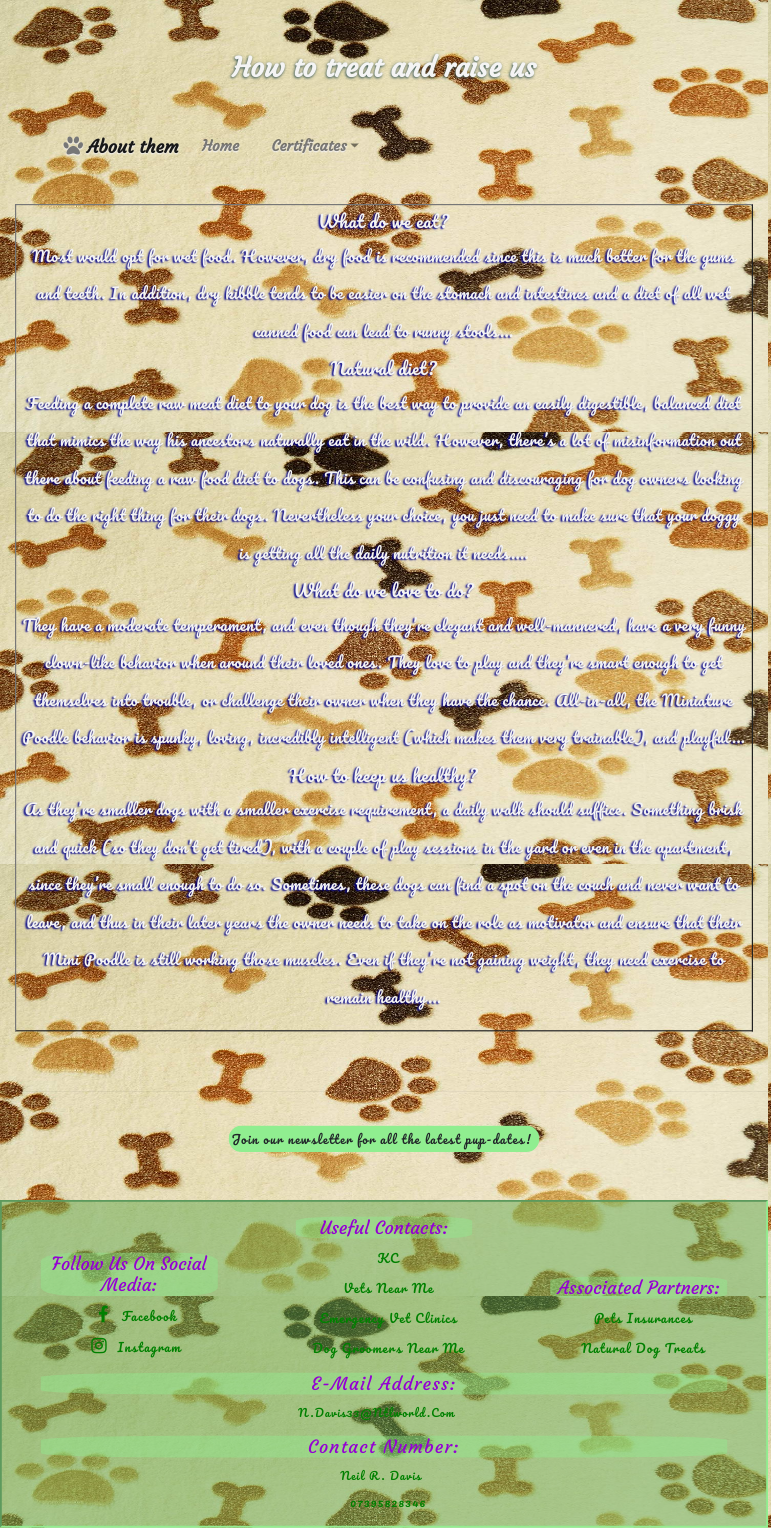
Repository: Code-Institute-Submissions/GeorgiosSklav-Iacinthos-blog
Page: about-them.html
The author's editor kept a record of every edit. The page is drawn from the files as they stood at one moment, then again after the next edit.
The browser window is 1280 px wide. The page is 1285 px wide, so the pictures cover 1285 px, including what lies to the right of the window. The pictures show the whole page, at 60% of full size.
Backgrounds fixed to the window are drawn as part of the page.

Above is the page before.

### about-them.html
<!DOCTYPE html>
<html lang="en">

<head>
    <meta charset="UTF-8">
    <meta name="viewport" content="width=device-width, initial-scale=1.0">
    <meta http-equiv="X-UA-Compatible" content="ie=edge">
    <link rel="stylesheet" href="https://stackpath.bootstrapcdn.com/bootstrap/4.3.1/css/bootstrap.min.css " integrity="sha384-ggOyR0iXCbMQv3Xipma34MD+dH/1fQ784/j6cY/iJTQUOhcWr7x9JvoRxT2MZw1T " crossorigin="anonymous ">
    <title>Iacinthos mini Poodles</title>
    <link rel="stylesheet" href="https://stackpath.bootstrapcdn.com/font-awesome/4.7.0/css/font-awesome.min.css" integrity="sha384-wvfXpqpZZVQGK6TAh5PVlGOfQNHSoD2xbE+QkPxCAFlNEevoEH3Sl0sibVcOQVnN" crossorigin="anonymous">
    <link rel="stylesheet" href="style.css" type="text/css" />
</head>

<!--------------------------------------------------------Header-->

<body>
    <header class="container">
        <div class="row align-items-start heading homepage">
            <a href="about-them.html" class="col-12 logo">
                <h1>How to treat and raise us</h1>
            </a>
        </div>
        <nav class="navbar navbar-light navbar-expand-sm">
            <a href="about-them.html" class="navbar-brand"><i class="fa fa-paw"></i>About them</a>
            <button class="navbar-toggler ml-auto" type="button" data-toggle="collapse" data-target="#navbarNavDropdown" aria-controls="Toggle navigation">
            <span class="navbar-toggler-icon"></span></button>
            <div class="collapse navbar-collapse" id="navbarNavDropdown">
                <ul class="navbar-nav mt-auto mt-2 mt-lg-0">
                    <li class="nav-item mr-2"><a class="nav-link" href="index.html">Home</a></li>
                    <li class="nav-item dropdown">
                        <div class="nav-link dropdown-toggle" id="navbarDropdownMenuLink" role="button" data-toggle="dropdown" aria-haspopup="true" aria-expanded="false">
                            Certificates</div>
                        <div class="dropdown-menu" aria-labelledby="navbarDropdownMenuLink">
                            <a class="dropdown-item" target="_blank" href="./Media/lineage.pdf"><i class="fa fa-download"></i>Kennel Club</a>
                            <a class="dropdown-item" target="_blank" href="./Media/certificate.pdf"><i class="fa fa-download"></i>Blood-Lineage</a>
                        </div>
                    </li>
                </ul>
            </div>
        </nav>
    </header>
    <!----------------------------------------main-body-->
    <main>
        <div class="jumbotron-fluid about" id="frame">
            <div class="row">
                <div class="col-12">
                    <h3 class="about-title">What do we eat?</h3>
                    <p>Most would opt for wet food. However, dry food is recommended since this is much better for the gums and teeth. In addition, dry kibble tends to be easier on the stomach and intestines and a diet of all wet canned food can lead to
                        runny stools...</p>
                </div>
            </div>
            <div class="row">
                <div class="col-12">
                    <h3 class="about-title">Natural diet?</h3>
                    <p>Feeding a complete raw meat diet to your dog is the best way to provide an easily digestible, balanced diet that mimics the way his ancestors naturally eat in the wild. However, there’s a lot of misinformation out there about feeding
                        a raw food diet to dogs. This can be confusing and discouraging for dog owners looking to do the right thing for their dogs. Nevertheless your choice, you just need to make sure that your doggy is getting all the daily nutrition
                        it needs....</p>
                </div>
            </div>
            <div class="row">
                <div class="col-12">
                    <h3 class="about-title">What do we love to do?</h3>
                    <p>They have a moderate temperament, and even though they’re elegant and well-mannered, have a very funny clown-like behavior when around their loved ones. They love to play and they’re smart enough to get themselves into trouble, or
                        challenge their owner when they have the chance. All-in-all, the Miniature Poodle behavior is spunky, loving, incredibly intelligent (which makes them very trainable), and playful...</p>
                </div>
            </div>
            <div class="row">
                <div class="col-12">
                    <h3 class="about-title">How to keep us healthy?</h3>
                    <p>As they’re smaller dogs with a smaller exercise requirement, a daily walk should suffice. Something brisk and quick (so they don’t get tired), with a couple of play sessions in the yard or even in the apartment, since they’re small
                        enough to do so. Sometimes, these dogs can find a spot on the couch and never want to leave, and thus in their later years the owner needs to take on the role as motivator and ensure that their Mini Poodle is still working those
                        muscles. Even if they’re not gaining weight, they need exercise to remain healthy...</p>
                </div>
            </div>
        </div>
        <hr>
        <!------------------------------------------------ Modal -->
        <button type="button" class="btn btn-color" data-toggle="modal" data-target="#exampleModal">
  Join our newsletter for all the latest pup-dates!
</button>
        <div class="modal fade" id="exampleModal" tabindex="-1" role="dialog" aria-labelledby="exampleModalLabel" aria-hidden="true">
            <div class="modal-dialog" role="document">
                <div class="modal-content">
                    <div class="modal-header">
                        <h5 class="modal-title" id="exampleModalLabel">Join our family with a flick of your paw!</h5>
                        <button type="button" class="close" data-dismiss="modal" aria-label="Close">
                     <span aria-hidden="true">&times;</span>
        </button>
                    </div>
                    <div class="modal-body">
                        <form class="modal-newsletter">
                            <div class="form-group ">
                                <input type="email" class="form-control" id="InputEmail2" aria-describedby="emailHelp" placeholder="Your Woof-mail....">
                            </div>
                            <div class="form-group">
                                <input type="password" class="form-control" id="InputPassword2" placeholder="....and a Woof-password">
                            </div>
                            <div class="form-group form-check">
                                <input type="checkbox" class="form-check-input" id="exampleCheck1">
                                <label class="form-check-label" for="Check1">Remember me</label>
                            </div>
                        </form>
                    </div>
                    <div class="modal-footer">
                        <button type="button" class="btn btn-danger" data-dismiss="modal">Close</button>
                        <button type="button" class="btn btn-info">Subscribe</button>
                    </div>
                </div>
            </div>
        </div>
    </main>
    <!--------------------------------------------------footer-->

    <footer class="container-fluid footer">
        <div class="row align-items-end">
            <div class="col-12 col-md-3 col-lg-3">
                <h4 class="social-title capitalise">Follow us on social media:</h4>
                <ul class="social-links">
                    <li>
                        <a target="_blank" href="https://www.facebook.com/neil.davis.9862">
                            <i class="fa fa-facebook"></i>
                            <span>Facebook</span>
                        </a>
                    </li>
                    <li>
                        <a target="_blank" href="https://instagram.com/neilr.davis?igshid=wmi0mqp5d2se">
                            <i class="fa fa-instagram"></i>
                            <span>Instagram</span>
                        </a>
                    </li>
                </ul>
            </div>
            <div class="col-12 col-md-3 col-lg-3">
                <h4 class="social-title capitalise">Useful contacts:</h4>
                <ul class="social-links">
                    <li>
                        <a target="_blank" href="https://www.thekennelclub.org.uk/">
                            <span class="capitalise">KC</span>
                        </a>
                    </li>
                    <li>
                        <a target="_blank" href="https://www.google.com/search?q=vet+near+me&oq=vet+near&aqs=chrome.0.0j69i57j0l4.4119j0j7&sourceid=chrome&ie=UTF-8">
                            <span class="capitalise">Vets near me</span>
                        </a>
                    </li>
                    <li>
                        <a target="_blank" href="https://www.google.com/search?q=emergency+vet+clinic+near+me&oq=emergency+vet&aqs=chrome.4.69i57j0l5.15430j0j7&sourceid=chrome&ie=UTF-8">
                            <span class="capitalise">Emergency vet clinics</span>
                        </a>
                    </li>
                    <li>
                        <a target="_blank" href="https://www.google.com/search?q=dog+groomer+near+me&oq=dog+groomer&aqs=chrome.1.69i57j0l5.4790j0j7&sourceid=chrome&ie=UTF-8">
                            <span class="capitalise">Dog groomers near me</span>
                        </a>
                    </li>
                </ul>
            </div>
            <div class="col-12 col-md-3 col-lg-3">
                <h4 class="social-title capitalise">Associated partners:</h4>
                <ul class="social-links">
                    <li>
                        <a target="_blank" href="https://www.google.com/search?q=pet+insurance+near+me&oq=pet+ins&aqs=chrome.2.0j69i57j0l4.6094j0j7&sourceid=chrome&ie=UTF-8">
                            <span class="capitalise">pets insurances</span>
                        </a>
                    </li>
                    <li>
                        <a target="_blank" href="https://www.doglistener.co.uk/catalog/natural-dog-treats-0">
                            <span class="capitalise">natural dog treats</span>
                        </a>
                    </li>
                </ul>
            </div>
            <div class="col-12 col-md-3 col-lg-3 contacts">
                <h4 class="social-title capitalise">e-mail address:</h4>
                <p class="capitalise social-links">
                    n.davis33@ntlworld.com
                </p>
                <h4 class="social-title capitalise">Contact number:</h4>
                <ul class="social-links">
                    <li class="social-links capitalise">
                        neil r. davis
                    </li>
                    <li class="capitalise">
                        07395828346
                    </li>
                </ul>
            </div>
        </div>
    </footer>

    <script src="https://code.jquery.com/jquery-3.3.1.slim.min.js" integrity="sha384-q8i/X+965DzO0rT7abK41JStQIAqVgRVzpbzo5smXKp4YfRvH+8abtTE1Pi6jizo" crossorigin="anonymous"></script>
    <script src="https://cdnjs.cloudflare.com/ajax/libs/popper.js/1.14.7/umd/popper.min.js" integrity="sha384-UO2eT0CpHqdSJQ6hJty5KVphtPhzWj9WO1clHTMGa3JDZwrnQq4sF86dIHNDz0W1" crossorigin="anonymous"></script>
    <script src="https://stackpath.bootstrapcdn.com/bootstrap/4.3.1/js/bootstrap.min.js" integrity="sha384-JjSmVgyd0p3pXB1rRibZUAYoIIy6OrQ6VrjIEaFf/nJGzIxFDsf4x0xIM+B07jRM" crossorigin="anonymous"></script>
</body>

</html>

### style.css
@import url('https://fonts.googleapis.com/css?family=Courgette:100,200,300,400,500,600,700|Pacifico:100,200,300,400,500,600,700');

/*------------------------------------------------body background*/

body {
    background-image: url("./Media/footprints.jpg");
    background-size: 100%;
    background-attachment: fixed;
    line-height: 2.5;
    text-align: center;
}

h1 {
    font-family: "Courgette", sans-serif;
    font-weight: 700;
    font-size: 45px;
    color: #f4f4f4;
    text-shadow: -1px 2px 5px #2f4f4f;
    margin-top: 35px;
    margin-bottom: 5px;
    padding-top: 25px;
}

.heading {
    margin: 25px;
}

.capitalise {
    text-transform: capitalize;
}

/*------------------------------------------------Navbar*/

.navbar {
    word-wrap: normal;
    margin-top: 50px;
    margin-bottom: 25px;
}

.navbar-light {
    font-family: 'Courgette', sans-serif;
    font-weight: 600;
    font-size: 25px;
    color: #00008b;
    text-shadow: 0px 2px 3px #f8f8ff;

}

.nav-link {
    margin-right: 15px;
    margin-left: 15px;
}

.nav-link:hover {
    background-color: #90ee90;
    border-radius: 50%;
}

.dropdown-menu {
    background-color: #90ee90;
    font-weight: 600;
    font-size: 20px;
    border-radius: 10%;
    margin: 0;
    padding: 2px;
}

.dropdown-menu ul li:hover {
    background-color: #777;
}

.ml-auto {
    background-color: #90ee90;
}

.navbar i {
    font-size: 35px;
    padding-top: 0;
    padding-bottom: 5px;
    padding-right: 2px;
    margin: 5px;
    color: #777;
}

.navbar-brand {
    font-size: 30px;

}

.navbar-brand:hover {
    background-color: #90ee90;
    border-radius: 50%;
}

.fa-download {
    margin-right: 2px;
    margin-left: 2px;
}

.fa-download:hover {
    color: #90ee90;
}

/*------------------------------------------Media queries*/

@media (max-width: 300px) {
    .ml-auto:hover {
        background-color: #777;
    }
    .dropdown-item:hover {
        background-color: #777;

    }
    #navbarNavDropdown {
        background-color: #777;
    }

    #navbarNavDropdown ul li:hover {
        background-color: #90ee90;
    }
    .social-links,
    .social-title {
        font-size: 30px;
    }
}

@media (max-width: 3800px) {
    .dropdown-menu {
        background-color: #90ee90;
        color: #777;
    }
    .dropdown-item:hover {
        background-color: #777;
        color: #90ee90;
    }

    .col-lg-3 {
        flex: 30%;
        max-width: 100%;
    }
}

/*------------------------------------------------Homepage*/

.homepage a {
    text-decoration: none;
    height: 100%;
}

.introduction {
    height: 90%;
    width: 90%;
}


.img-50 {
    margin-left: 25px;
    width: 100%;
    float: none;
    border-style: groove;
    border-radius: 50%;
}

/*--------------------------------------------texts,p*/

.container-title {
    text-align: center;
    margin: 35px;
    font-family: "Courgette", sans-serif;
    color: #00ffff;
    text-shadow: -1px 2px 5px #2f4f4f;
}

.container-title i {
    font-size: 30px;
    padding: 15px;
    margin: 15px;
}

.dog-name {
    font-family: "Courgette", sans-serif;
    font-weight: 700;
    font-size: 32px;
    margin-left: 25px;
    text-shadow: -3px 2px 5px #191970;
}

/*----------------------------------------about us section*/

.about {
    margin: 25px;
    font-family: "Pacifico", sans-serif;
    font-size: 30px;
    letter-spacing: 1px;
    color: #f4f4f4;;
    text-shadow: -3px 2px 3px #00008b;
}#f8f8ff

.about .about-title {
    color: #ffefd5;
    text-shadow: -3px 2px 20px #750909;
}

#frame {
    border: 2px outset #777;
    font-size: 25px;
    margin-top: 45px;
    margin-bottom: 100px;
    padding: 10px;
    font-weight: lighter;
}

/*----------------------------------------newsletter button*/

.btn-color {
    background-color: #90ee90;
    font-family: "Pacifico", sans-serif;
    font-size: 20px;
    letter-spacing: 2px;
    margin: 40px 25px;
    padding-left: 4px;
    border-radius: 50px;
}

.btn-color:hover {
    color: #90ee90;
    background-color: #777;
}

/*----------------------------------------Modal styling*/

.modal-title {
    font-family: "Pacifico", sans-serif;
    font-size: 25px;
    margin: 10px 5px;
}

.modal-content {
    background-color: #90ee90;
    text-shadow: -3px 2px 0.5px #ffefd5;
    color: #777;
}

.modal-footer .btn-danger,
.btn-info {
    margin-right: 20px;
}

.modal-body {
    padding: 0 15px 0 15px;
    top: 5px;
    bottom: 0;
    margin-top: 10px;
}


/*----------------------------------------footer*/

.footer {
    display: inline-block;
    border: 3px inset #90ee90;
    background-color: rgba(100, 170, 80, .5);
    padding-top: 25px;
    margin: 40px 5px 0px 0px;
    text-align: center;
}

.contacts .social-title {
    text-transform: capitalize;
    text-decoration: none;
    font-family: "Courgette", sans-serif;
    font-size: 30px;
    font-weight: 400;
    letter-spacing: 2px;
    color: #9400d3;
}

.social-links {
    list-style: none;
    padding-right: 25px;
    font-family: "Pacifico", sans-serif;
    color: #008000;
    font-size: 18px;
    font-weight: 400;
    letter-spacing: 2px;
}

.social-links li a {
    text-decoration: none;
    font-family: "Pacifico", sans-serif;
    font-size: 20px;
    font-weight: 400;
    letter-spacing: 2px;
    color: #008000;
}

.social-links li a:hover {
    background-color: #777;
    color: #90ee90;
    border-radius: 30%;
}

.social-links li i {
    font-size: 30px;
    height: 45px;
    width: 45px;
}

.social-title {
    word-break: keep-all;
    margin-left: 50px;
    margin-right: 50px;
    font-size: 30px;
    font-family: "Courgette", sans-serif;
    color: #9400d3;
    border-radius: 20%;
    background-color: rgba(144, 238, 144, 0.4);
}

.contact-heading {
    font-family: "Courgette", sans-serif;
    font-weight: 300;
    margin-top: 25px;
    margin-bottom: 20px;
}

.form-control {
    font-size: 20px;
    background-color: #90ee90;
}

.control {
    background-color: #90ee90;
}

.center-form {
    padding: 15px 5px 10px;
    margin: 15px auto;
    max-width: 70%;
}

button[type="submit"] {
    margin-bottom: 20px;
    margin-top: 13px;
    color: #90ee90;
    background-color: #777;
}

button[type="submit"]:hover {
    background-color: #90ee90;
    color: #777;
}

After the next edit:
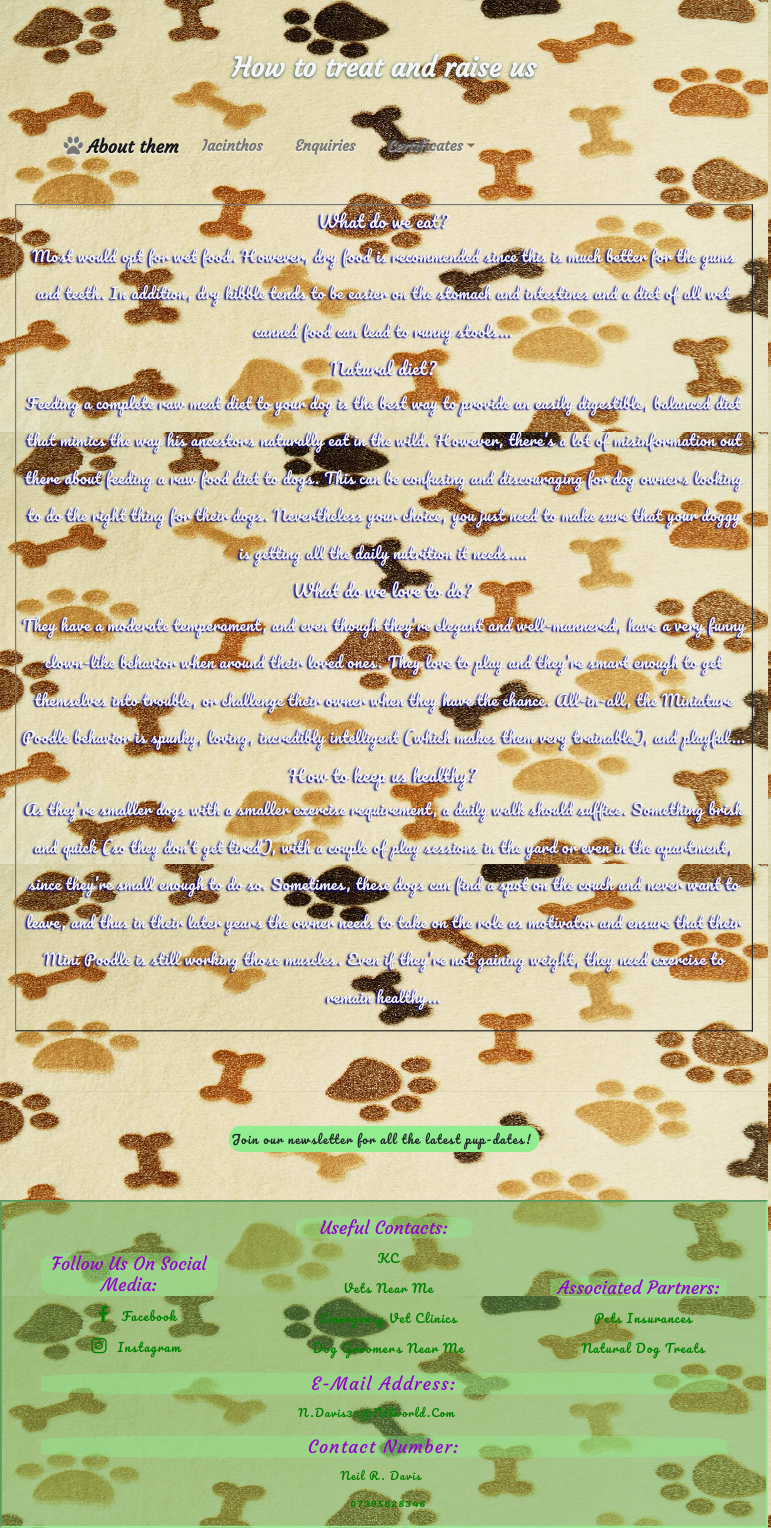
The edit:
--- a/about-them.html
+++ b/about-them.html
@@ -26,7 +26,8 @@
             <span class="navbar-toggler-icon"></span></button>
             <div class="collapse navbar-collapse" id="navbarNavDropdown">
                 <ul class="navbar-nav mt-auto mt-2 mt-lg-0">
-                    <li class="nav-item mr-2"><a class="nav-link" href="index.html">Home</a></li>
+                    <li class="nav-item mr-2"><a class="nav-link" href="index.html">Iacinthos</a></li>
+                    <li class="nav-item mr-2"><a class="nav-link" href="request-form.html">Enquiries</a></li>
                     <li class="nav-item dropdown">
                         <div class="nav-link dropdown-toggle" id="navbarDropdownMenuLink" role="button" data-toggle="dropdown" aria-haspopup="true" aria-expanded="false">
                             Certificates</div>
